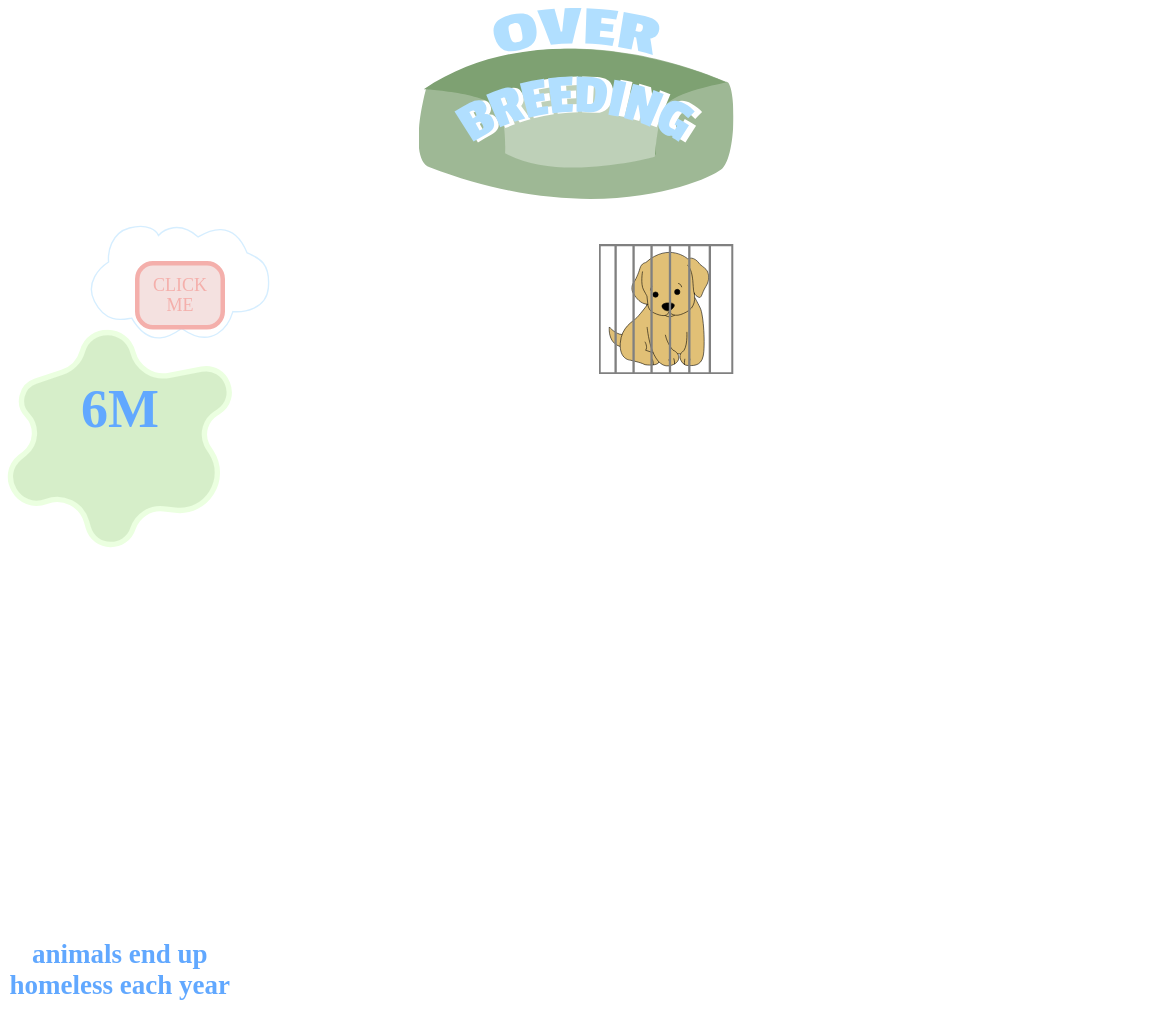
Repository: SoleilDagneau/MDIA2109Midterm
Page: index.html
The author's editor kept a copy of each file at every save. The page is drawn from the files as they stood at one save, then again after the next save.
The browser window is 1280 px wide. The pictures show the whole page, at 90% of full size.
Some web fonts or font styles are not loaded; a fallback is used.

Above is the page before, as saved 2022-03-02 21:03:02.

### index.html
<!DOCTYPE html>
<html lang="en">
<head>
    <meta charset="UTF-8">
    <meta http-equiv="X-UA-Compatible" content="IE=edge">
    <meta name="viewport" content="width=device-width, initial-scale=1.0">
    <title>Animal Cruelty</title>

    <link href="styles.css" rel="stylesheet">

    <link rel="preconnect" href="https://fonts.googleapis.com">
    <link rel="preconnect" href="https://fonts.gstatic.com" crossorigin>
    <link href="https://fonts.googleapis.com/css2?family=Passion+One:wght@400;700&display=swap" rel="stylesheet">

    <script src="utils/speechbubble.js"></script>
    <script src="utils/clickbubble.js"></script>
    <script src="utils/squarecard.js"></script>
    <script src="utils/blobcard.js"></script>

</head>
<body>

<div class="overbreeding">

    <div class="conttitle">

        <img class="obtitle" src="imgs/overbreeding.svg" alt="overbreeding title">
    </div>
    <div class="contcage">
        <img class="cage" src="imgs/dogincage.svg" alt="dog in cage img">
        <the-clickbubble class="dogtext" desc_text="CLICK ME"></the-clickbubble>
    </div>
    <div class="contblob">
        <the-blobcard blob_text="6M"></the-blobcard>
    </div>











</div>

</body>
</html>

### styles.css

.obtitle{
    width:350px;
    display: flex;
    position:relative;
    margin: auto;
}
.cage{
    width:150px;
    display: flex;
    position: relative;
    left: 100px;
    top: 50px;
    margin: auto;
}
.dogtext{
    display: flex;
    position:absolute;
    top:250px;
    left:100px;
}

### utils/speechbubble.js
//MUST HAVE - CREATE A TEMPLATE TAG
var template_speechbub = document.createElement("template"); //<template> </template> RULE

//To-do - CREATE THE UI HERE!
template_speechbub.innerHTML = `

<style>
    #next_button {
        background-color:#61A8FF;
        border:3px solid #AFDDFF;
        border-radius: 10px;
        font-family: 'passion one', cursive;
        color: white;
        font-size:20px;
        margin:65px;
        display:flex;
        position:absolute;
        top:45px;
        left: 30px;

    }
    #speech_bubble{
        width:250px;
        display:flex;
        position:relative;

    }

</style>
<div id="cloud">
    <img id="speech_bubble" src="imgs/cloud.svg" alt=""/>
        <button id="next_button">
            next...
         </button>
</div>

`;

//MUST HAVE - CREATE A CLASS WITH HTMLELEMENT POWERS (interfaces/functionalities)
class TheSpeechBubble extends HTMLElement {

    //MUST HAVE - CREATE A CONSTRUCTOR TO DO INITAL ASSOCIATIONS
    constructor(){
        super(); //pass on the HTMLElement super powers!
        this.attachShadow({mode:"open"}) //Attach it to the shadowRoot

        //To-do - CREATE THE STATES FOR THE UI HERE!
    }

    //MUST HAVE - FUNCTION THAT RUNS AFTER IT'S CONNECTED
    connectedCallback(){
        this.shadowRoot.appendChild(template_speechbub.content.cloneNode(true));
        this.shadowRoot.querySelector("#next_button").innerText = this.getAttribute("button_text"); //use the template to make a clone
    }

    //To-do - CREATE THE FUNCTIONALITIES HERE!
}

//MUST HAVE - define the tag for the custom elements
customElements.define("the-speechbubble", TheSpeechBubble)

### utils/clickbubble.js
//MUST HAVE - CREATE A TEMPLATE TAG
var template_clickbubble = document.createElement("template"); //<template> </template> RULE

//To-do - CREATE THE UI HERE!
template_clickbubble.innerHTML = `

<style>
    #desc_text {
        font-family:'passion one', cursive;
        color: #F4AFAB;
        font-size:20px;
        padding: 10px;
        background-color:#F4E1E0;
        border: 5px solid #F4AFAB;
        border-radius: 20px;
        position: absolute;
        display:flex;
        justify-content:center;
        top:-10px;

        margin:50px;
    }
    img{
        width: 200px;
    }
    #click_bubble{
        display:flex;
    }
</style>
<div id="click_bubble">
    <img src="imgs/cloud.svg" alt="cloud svg"/>
        <button id="desc_text">
            CLICK ME
        </button>
</div>

`;

//MUST HAVE - CREATE A CLASS WITH HTMLELEMENT POWERS (interfaces/functionalities)
class TheClickBubble extends HTMLElement {

    //MUST HAVE - CREATE A CONSTRUCTOR TO DO INITAL ASSOCIATIONS
    constructor(){
        super(); //pass on the HTMLElement super powers!
        this.attachShadow({mode:"open"}) //Attach it to the shadowRoot

        //To-do - CREATE THE STATES FOR THE UI HERE!
    }

    //MUST HAVE - FUNCTION THAT RUNS AFTER IT'S CONNECTED
    connectedCallback(){
        this.shadowRoot.appendChild(template_clickbubble.content.cloneNode(true));
        this.shadowRoot.querySelector("#desc_text").innerText = this.getAttribute("desc_text"); //use the template to make a clone
    }

    //To-do - CREATE THE FUNCTIONALITIES HERE!
}

//MUST HAVE - define the tag for the custom elements
customElements.define("the-clickbubble", TheClickBubble)

### utils/squarecard.js
//MUST HAVE - CREATE A TEMPLATE TAG
var template_scard = document.createElement("template"); //<template> </template> RULE

//To-do - CREATE THE UI HERE!
template_scard.innerHTML = `

<style>
    #info_card {
        background-color:#EBB2AD;
        width: 175px;
        height:175px;
        border: 15px solid #F4E1E0;
        border-radius: 50px;
        margin: 2rem;
    }
    #info_text {
        display:flex;
        justify-content:center;
        font-size:18px;
        font-family: 'nunito', sans-serif;
        color: white;
        padding: 10px;

    }
</style>
<div id="info_card">
    <p id="info_text">info text</p>
</div>
`;

//MUST HAVE - CREATE A CLASS WITH HTMLELEMENT POWERS (interfaces/functionalities)
class TheSquareCard extends HTMLElement {

    //MUST HAVE - CREATE A CONSTRUCTOR TO DO INITAL ASSOCIATIONS
    constructor(){
        super(); //pass on the HTMLElement super powers!
        this.attachShadow({mode:"open"}) //Attach it to the shadowRoot

        //To-do - CREATE THE STATES FOR THE UI HERE!
    }

    //MUST HAVE - FUNCTION THAT RUNS AFTER IT'S CONNECTED
    connectedCallback(){
        this.shadowRoot.appendChild(template_scard.content.cloneNode(true));
        this.shadowRoot.querySelector("#info_text").innerText = this.getAttribute("info_text"); //use the template to make a clone
    }

    //To-do - CREATE THE FUNCTIONALITIES HERE!
}

//MUST HAVE - define the tag for the custom elements
customElements.define("the-squarecard", TheSquareCard)

### utils/blobcard.js
//MUST HAVE - CREATE A TEMPLATE TAG
var template_bcard = document.createElement("template"); //<template> </template> RULE

//To-do - CREATE THE UI HERE!
template_bcard.innerHTML = `

<style>
    #blob_text {
        font-family:'passion one', cursive;
        font-size:60px;
        color:#61A8FF;
        position:absolute;
        text-align:center;
        top:380px;
        left:90px;
    }
    .blob_subtext{
        font-size:30px;
        color:#61A8FF;
        font-family:'passion one', cursive;
        display:block;
        position:relative;
        text-align:center;
        top: 400px;
    }
    #the_blobcard{
        width:250px;
    }
</style>
<div class="container">
    <div id="the_blobcard">
        <img id="" src="imgs/blob.svg" alt=""/>
            <h1 id="blob_text">
                blob text
            </h1>
            <h3 class="blob_subtext">
                animals end up homeless each year
    </div>  </h3>
</div>
`;

//MUST HAVE - CREATE A CLASS WITH HTMLELEMENT POWERS (interfaces/functionalities)
class TheBlobCard extends HTMLElement {

    //MUST HAVE - CREATE A CONSTRUCTOR TO DO INITAL ASSOCIATIONS
    constructor(){
        super(); //pass on the HTMLElement super powers!
        this.attachShadow({mode:"open"}) //Attach it to the shadowRoot

        //To-do - CREATE THE STATES FOR THE UI HERE!
    }

    //MUST HAVE - FUNCTION THAT RUNS AFTER IT'S CONNECTED
    connectedCallback(){
        this.shadowRoot.appendChild(template_bcard.content.cloneNode(true));
        this.shadowRoot.querySelector("#blob_text").innerText = this.getAttribute("blob_text");
         //use the template to make a clone
    }

    //To-do - CREATE THE FUNCTIONALITIES HERE!
}

//MUST HAVE - define the tag for the custom elements
customElements.define("the-blobcard", TheBlobCard)

After the next save:
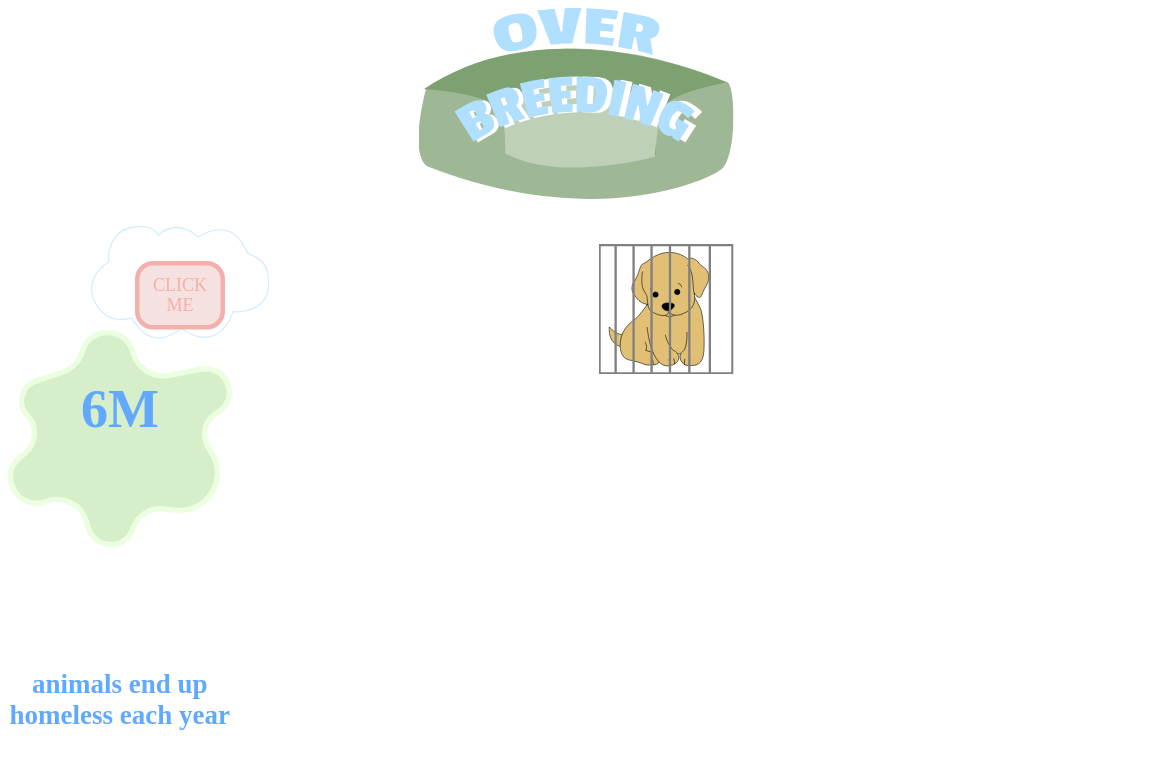
Saved 6 s later.
--- a/utils/blobcard.js
+++ b/utils/blobcard.js
@@ -21,7 +21,7 @@ template_bcard.innerHTML = `
         display:block;
         position:relative;
         text-align:center;
-        top: 400px;
+        top: 100px;
     }
     #the_blobcard{
         width:250px;
